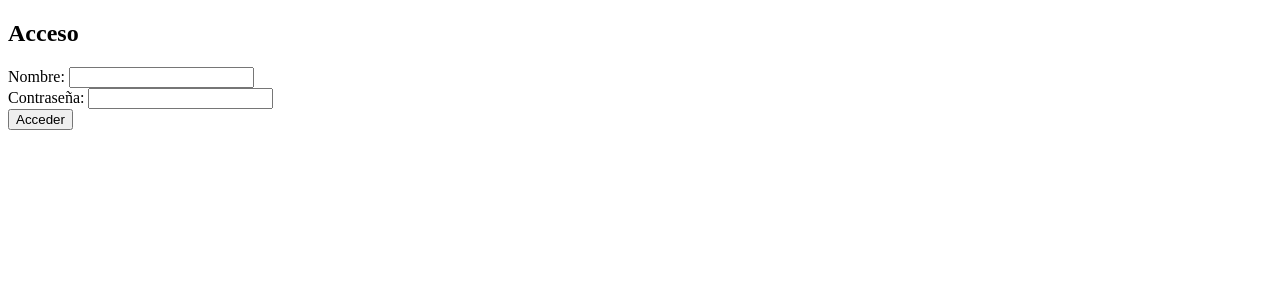
Repository: MateoSantander/Ejercicios4y5
Page: http://localhost/Ejercicio_4/JSP_login.jsp
The author's editor kept a copy of each file at every save. The page is drawn from the files as they stood at one save, then again after the next save.
The browser window is 1280 px wide. The pictures show the whole page.
The page is served by Tomcat 9. Other server files are loaded and not shown.

Above is the page before, as saved 2022-03-18 13:28:07.

### Ejercicio_4/src/main/webapp/JSP_login.jsp
<%@ page language="java" contentType="text/html; charset=ISO-8859-1"
    pageEncoding="ISO-8859-1"%>
<!DOCTYPE html>
<html>
<head>
<meta charset="ISO-8859-1">
<title>acceso</title>
<link rel="stylesheet" href="css/design.css">
</head>
<body>
			<h2>Acceso</h2>
		<form action="login" method="post">
			Nombre: <input type="text" class="form-control" name="username"/>
			<br/>
			Contraseña: <input type="password" class="form-control" name="password"/>
			<br/>
			<input type="submit" value="Acceder">
		</form>
</body>
</html>

### Ejercicio_4/src/main/webapp/css/design.css
@charset "ISO-8859-1";

h1{
	 color:rgb(rgb(255, 0, 0), green, blue);
        text-align:center;
        width:30%;
        border-radius: 5px;
        background-color: blue;
}

After the next save:
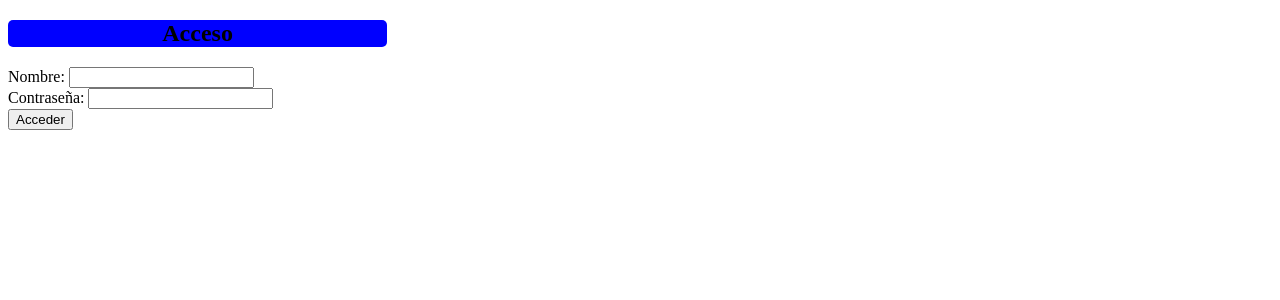
Saved 19 s later.
--- a/Ejercicio_4/src/main/webapp/css/design.css
+++ b/Ejercicio_4/src/main/webapp/css/design.css
@@ -1,6 +1,6 @@
 @charset "ISO-8859-1";
 
-h1{
+h2{
 	 color:rgb(rgb(255, 0, 0), green, blue);
         text-align:center;
         width:30%;
